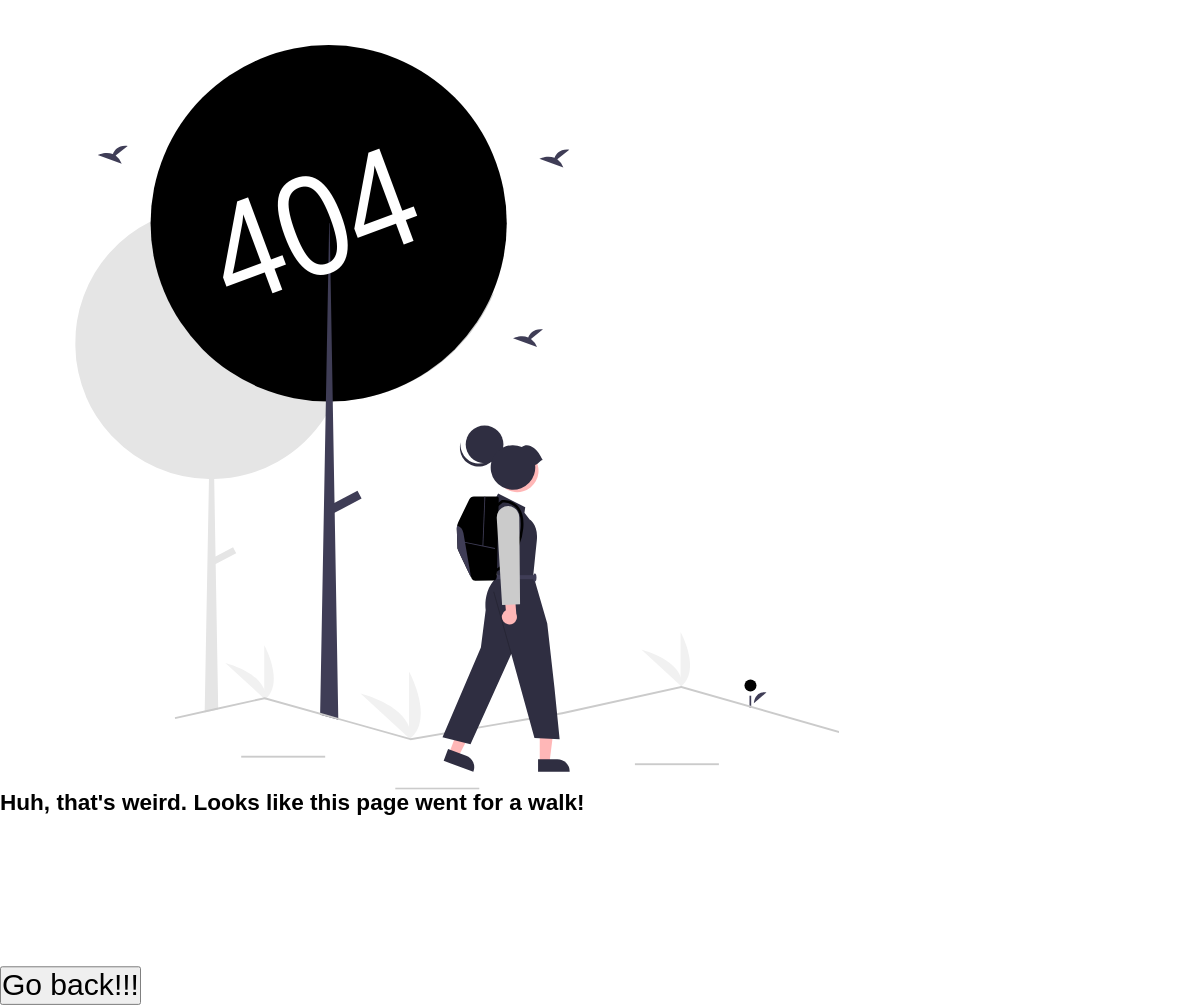
Repository: TeeJaysDev/Portfolio
Page: 404.html
An editor plug-in stored every save of this project. The page is shown before and after the next save, followed by the edit.
The browser window is 1280 px wide. The pictures show the whole page, at 94% of full size.

Above is the page before, as saved 2021-06-11 23:12:38.

### 404.html
<!DOCTYPE html>
<html lang="en">
<head>
    <meta charset="UTF-8">
    <meta http-equiv="X-UA-Compatible" content="IE=edge">
    <meta name="viewport" content="width=device-width, initial-scale=1.0">
    <script type="text/javascript" src="script.js"></script>
    <link rel="stylesheet" href="404.css">
    <link rel="preconnect" href="https://fonts.gstatic.com">
    <link href="https://fonts.googleapis.com/css2?family=Raleway&display=swap" rel="stylesheet">
    <title>Tymon Jędryczka | Portfolio</title>
</head>
<body>
    <section class="error">
        <div class="mainError">
            <img src="Images/svg/hiking.svg">
        </div>
        <h1>
            Huh, that's weird. Looks like this page went for a walk!
        </h1>
        <button>
            <a href="index.html">Go back!!!</a>
        </button>
    </section>
</body>
</html>

### 404.css
* {
    margin: 0;
    padding: 0;
    box-sizing: border-box;
    font-family: sans-serif;
    text-decoration: none;
    list-style: none;
}

body {
    display: inline-flex;
}

.error p {
    font-family: "Comic Sans";
    font-weight: 700;
    color: #000000;
    font-size: 20rem;
    margin-top: 5rem;
}

.error button a {
    text-decoration: none;
    text-align: center;
    color: #000000;
    font-size: 2rem;
}

.error .mainError {
    display: flex;
    text-align: center;
    margin-left: 40rem;
    margin-right: auto;
}

.error img {
    margin-left: -35rem;
    margin-top: 3rem;
}

.error button {
    margin-top: 10rem;
    overflow-y: hidden;
}

Loaded but not shown: script.js (no stored copy; drawn as an empty file)

After the next save:
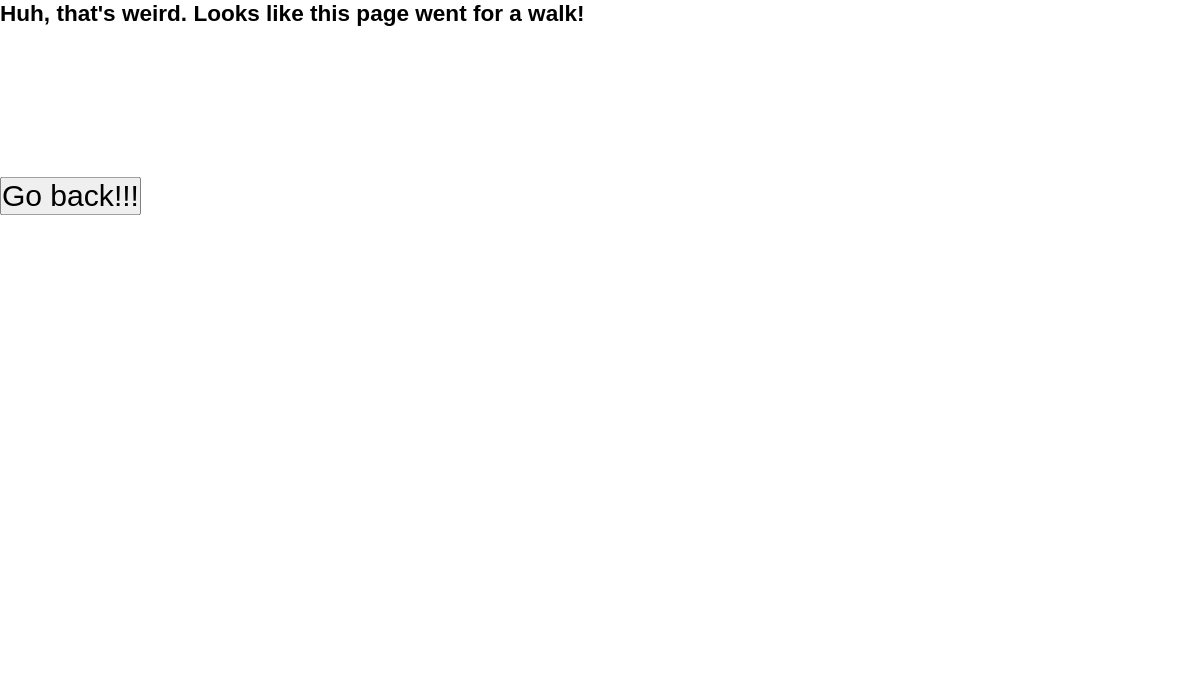
Saved 84 s later.
--- a/404.html
+++ b/404.html
@@ -12,9 +12,6 @@
 </head>
 <body>
     <section class="error">
-        <div class="mainError">
-            <img src="Images/svg/hiking.svg">
-        </div>
         <h1>
             Huh, that's weird. Looks like this page went for a walk!
         </h1>
